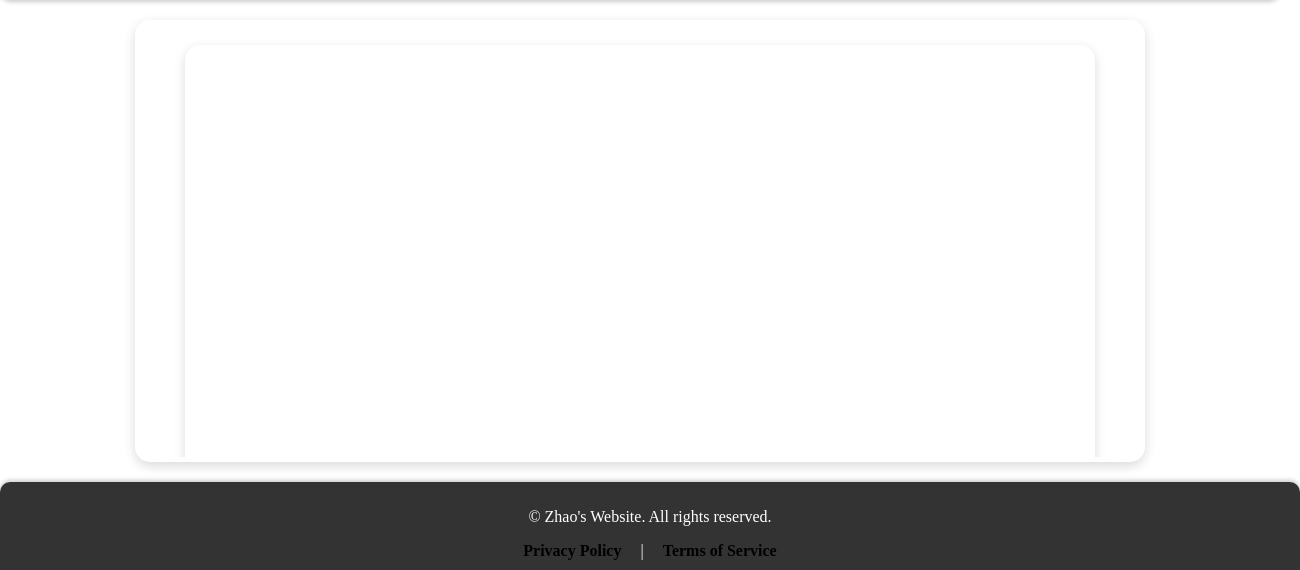
Repository: Iamnotsnowwhite/my-resume
Page: /
These files come from the project's save history. The page is drawn as it stood at one moment and after the next save; the edit follows.
The browser window is 1280 px wide. The page is 1300 px wide, so the pictures cover 1300 px, including what lies to the right of the window. The pictures show the part of the page from y = 256 to 846 px (the page is 826 px tall before and 846 px after).
The project was rebuilt for these pictures with package versions that can differ from the ones it lists, and the page was loaded fresh each time. Also part of the build but not shown: src/components/About.tsx, src/pages/AboutPage.tsx, src/components/Contact.tsx, src/chatbox.css, src/pages/ContactPage.tsx, src/components/chatbox.tsx.

Above is the page before, as saved 2024-08-12 12:48:45.

After the next save:
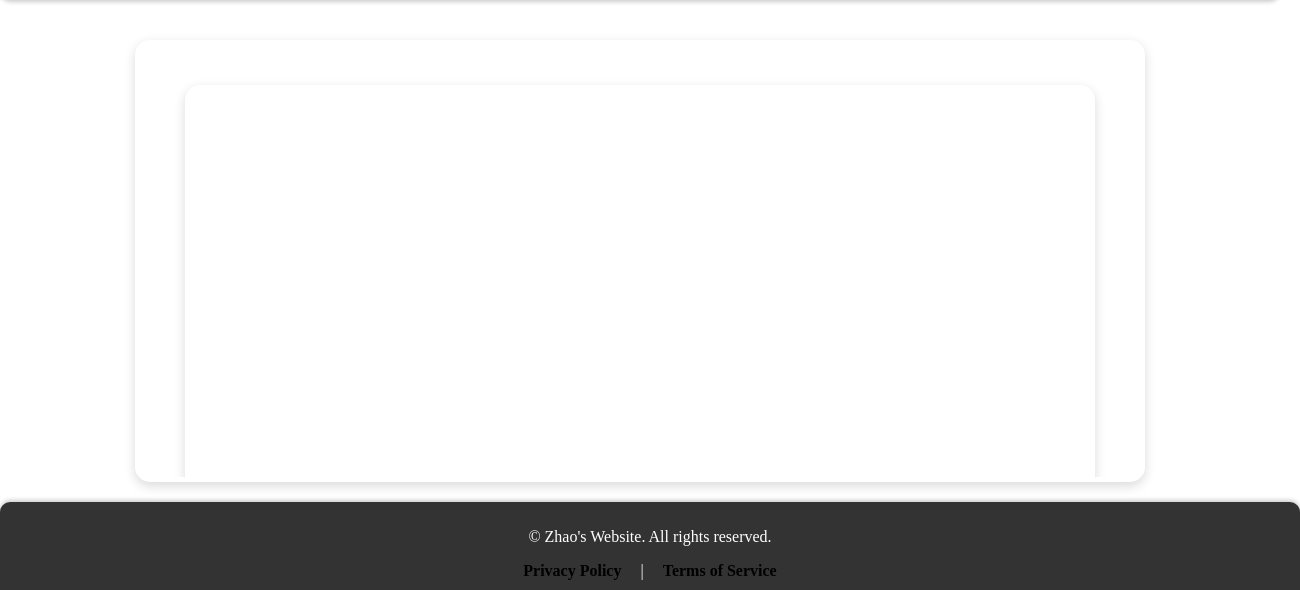
Saved 77 s later.
--- a/src/homepage.css
+++ b/src/homepage.css
@@ -1,8 +1,9 @@
 .homepage-container {
     position: relative;
     text-align: center;
-    padding-top: 0; /* 移除顶部内边距，减少空白 */
+    padding-top: 20px; /* 添加一点顶部内边距 */
 }
+
 
 .video-container {
     position: relative;
